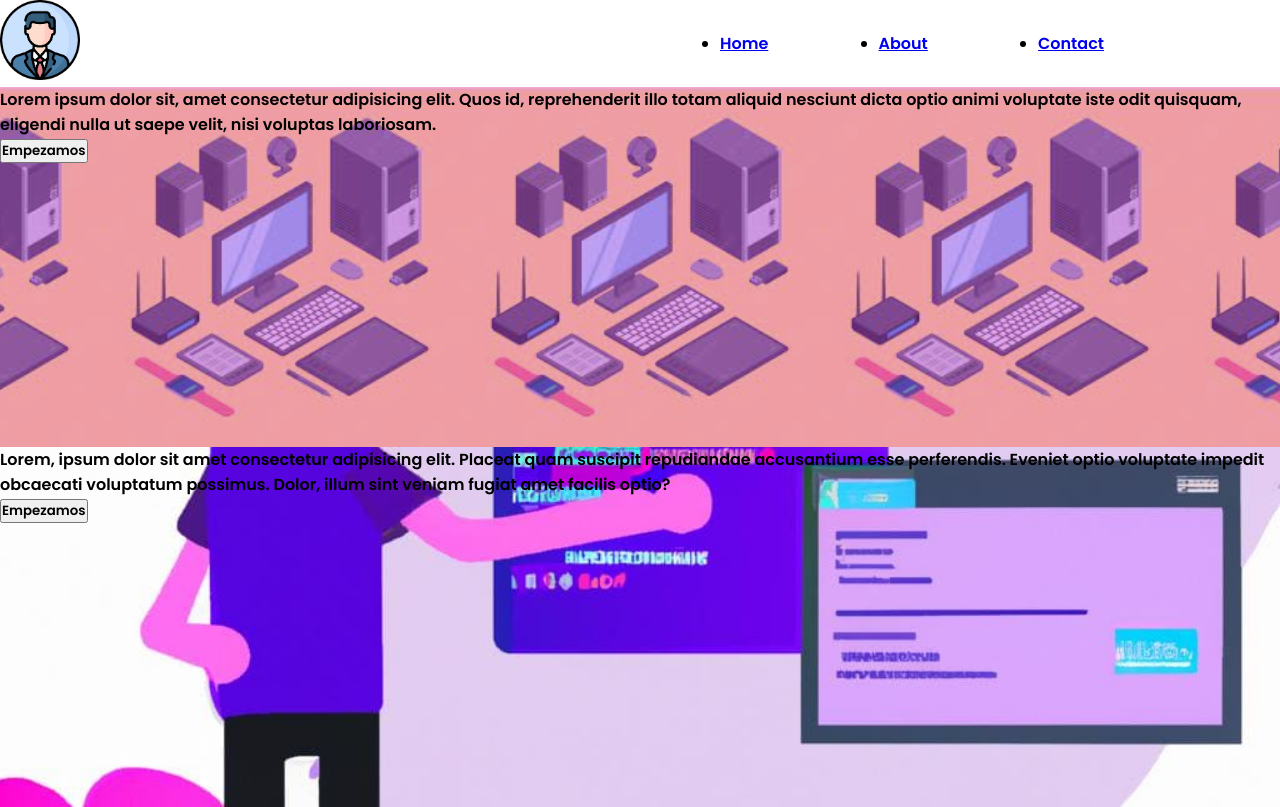
Repository: Sxcram02/projects
Page: screen-split/index.html
An editor plug-in stored every save of this project. The page is shown before and after the next save, followed by the edit.
The browser window is 1280 px wide. The pictures show the whole page.

Above is the page before, as saved 2023-03-17 00:31:16.

After the next save:
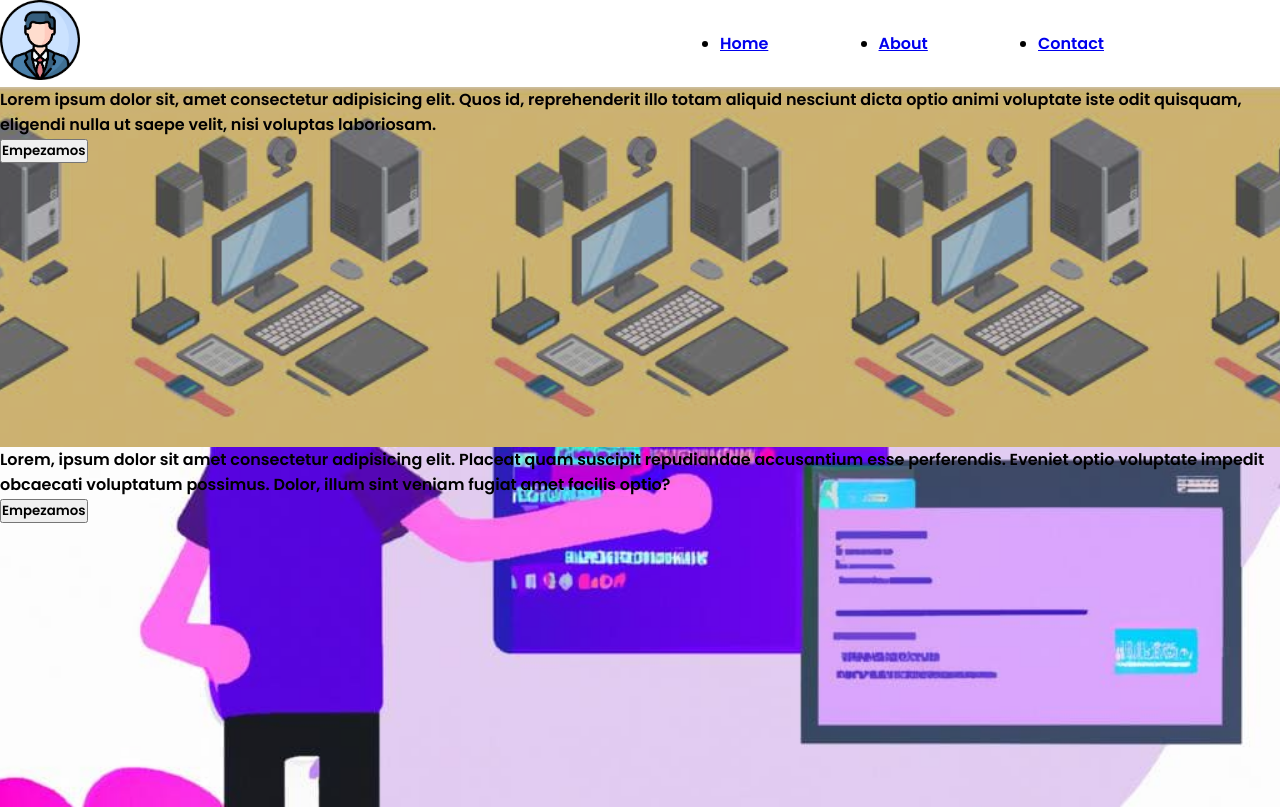
Saved 21 s later.
--- a/screen-split/style/index.css
+++ b/screen-split/style/index.css
@@ -52,7 +52,7 @@ aside {
 }
 
 .image-filterHard {
-    background-color: rgba(207, 49, 255, 0.342);
+    background-color: rgba(107, 107, 107, 0.342);
     height: 100%;
 }
 
